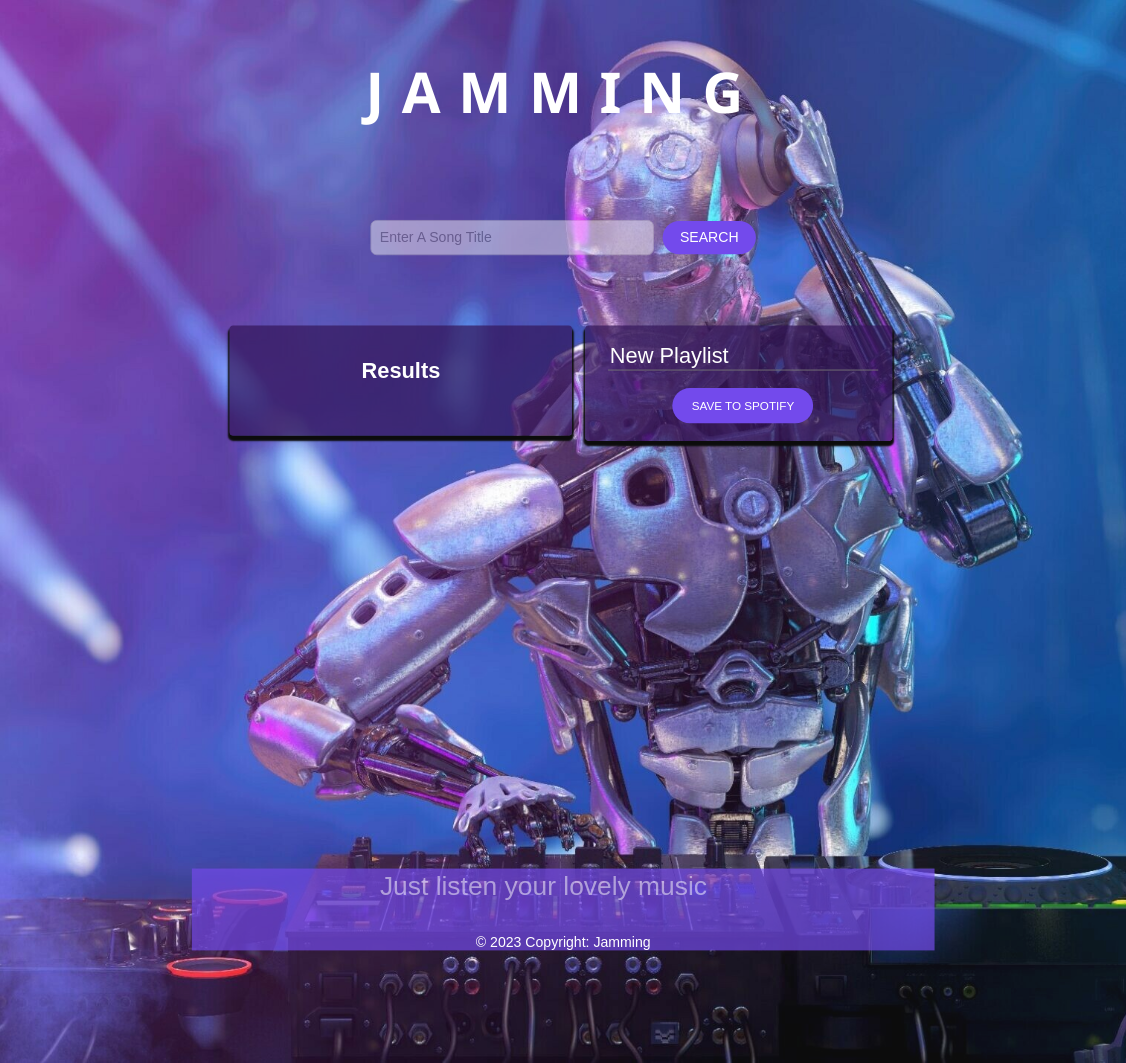
Repository: LolaSL/jamming
Page: /
An editor plug-in stored every save of this project. The page is shown before and after the next save, followed by the edit.
The browser window is 1280 px wide. The pictures show the whole page, at 88% of full size.
The project was rebuilt for these pictures with package versions that can differ from the ones it lists, and the page was loaded fresh each time. Also part of the build but not shown: src/components/Track/Track.jsx.

Above is the page before, as saved 2023-06-23 20:06:09.

After the next save:
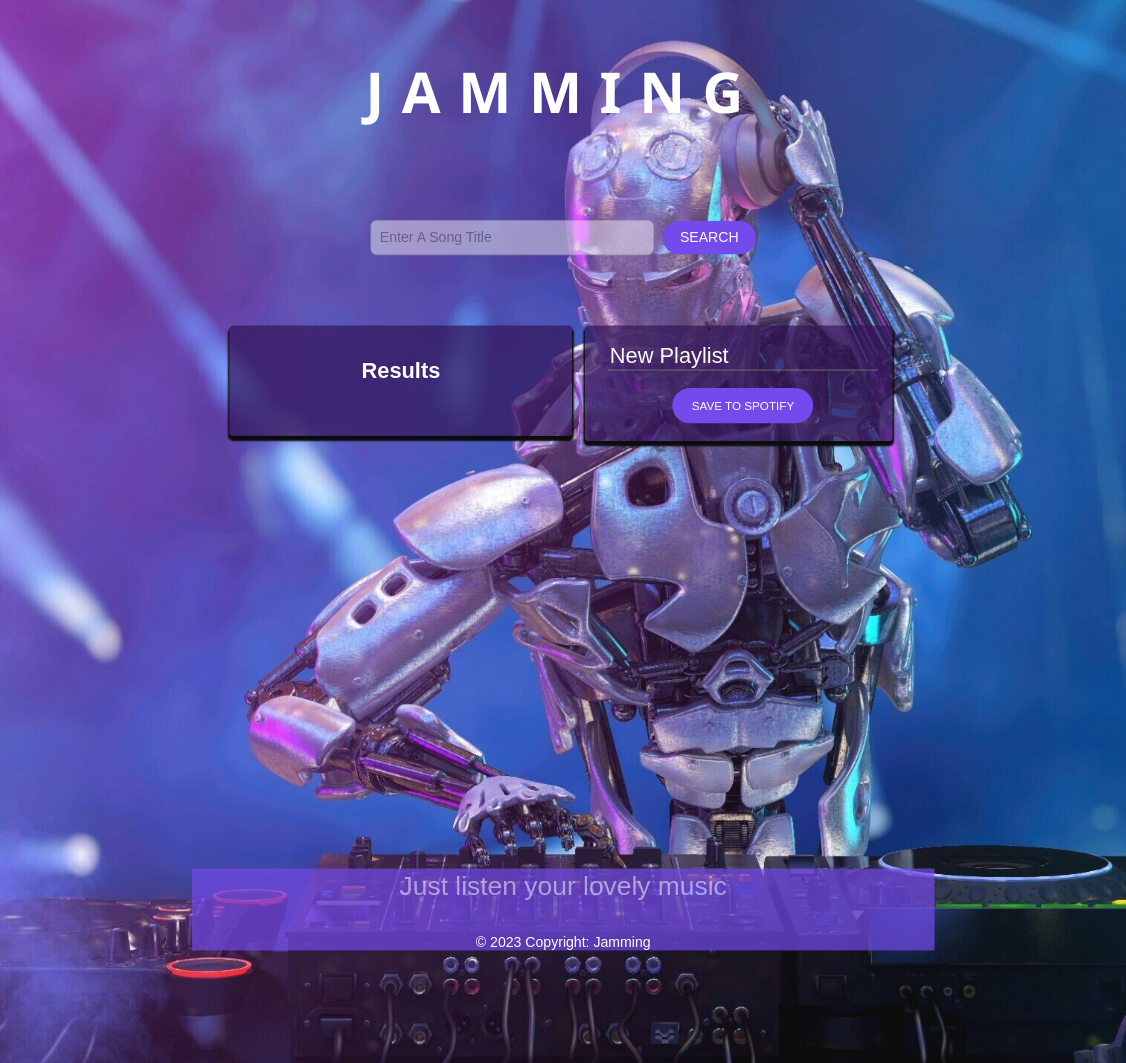
Saved 28 s later.
--- a/src/components/Footer/Footer.css
+++ b/src/components/Footer/Footer.css
@@ -14,7 +14,7 @@
         opacity: 0.5;
         text-align: center;
         align-items:center;
-        max-width: 800px;
+       min-width: 800px;
         margin-bottom: 20px;
 
     }
